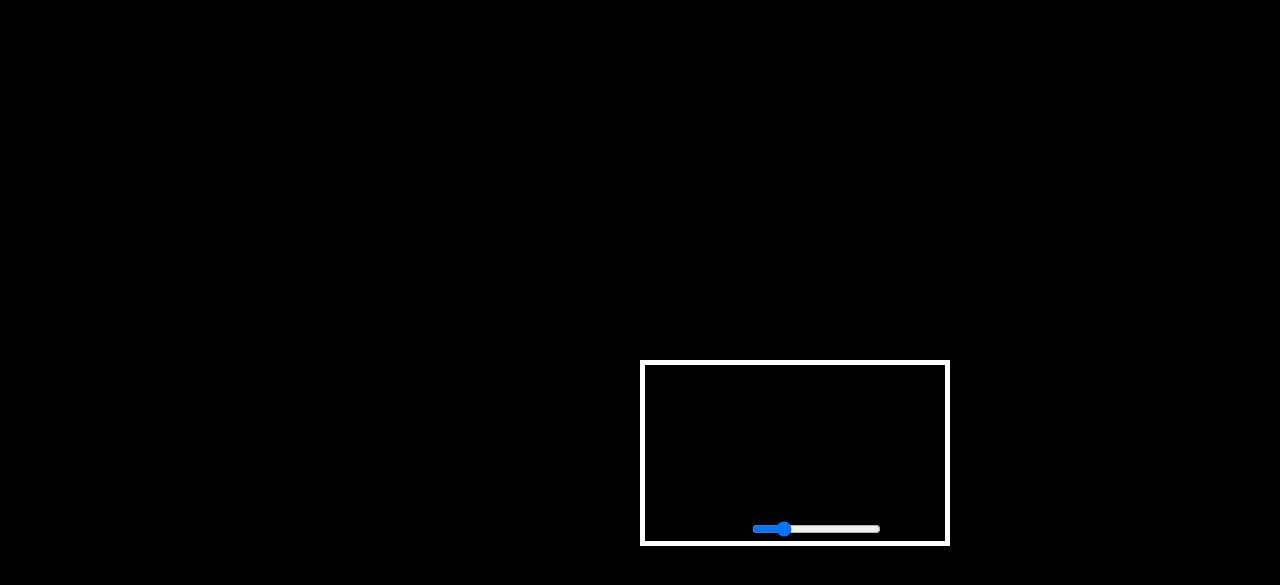
Repository: rosieomusic/ascii-art
Page: index.html
An editor plug-in stored every save of this project. The page is shown before and after the next save, followed by the edit.
The browser window is 1280 px wide. The pictures show the whole page.

Above is the page before, as saved 2025-04-16 12:48:23.

### index.html
<!DOCTYPE html>
<html>
	<head>
		<meta charset="UTF-8" />
		<meta
			http-equiv="X-UA-Compatible"
			content="IE-edge"
		/>
		<title>Pixels</title>
		<link
			rel="stylesheet"
			href="styles.css"
		/>
	</head>
	<body>
		<div class="container">
			<canvas id="canvas1"></canvas>
			<div class="controls">
				<label
					for="resolution"
					id="resolutionLabel"
					>Resolution 5 px</label
				>
				<input
					type="range"
					id="resoulution"
					name="resolution"
					min="1"
					max="20"
					value="5"
				/>
			</div>
		</div>

		<script src="script.js"></script>
	</body>
</html>

### styles.css
body {
	background: black;
}
.container {
	position: absolute;
	border: 5px solid white;
	top: 50%;
	left: 50%;
}

Loaded but not shown: script.js (no copy from this time; the picture is the same without it)

After the next save:
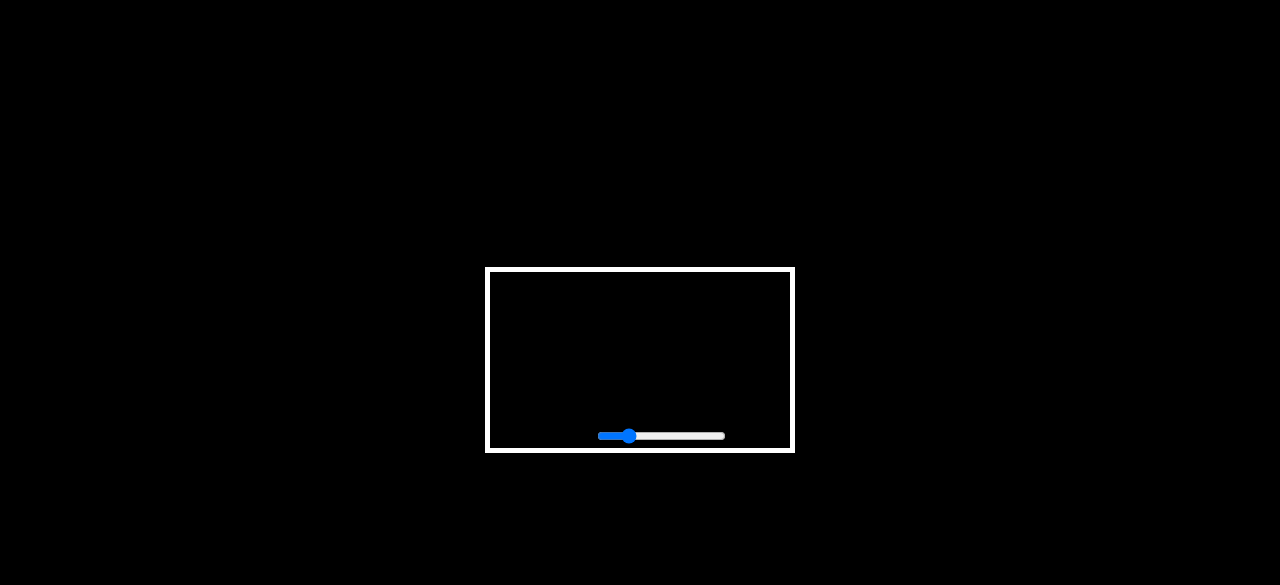
Saved 28 s later.
--- a/styles.css
+++ b/styles.css
@@ -6,4 +6,7 @@
 	border: 5px solid white;
 	top: 50%;
 	left: 50%;
+	transform: translate(-50%, -50%);
 }
+#canvas1 {
+}
